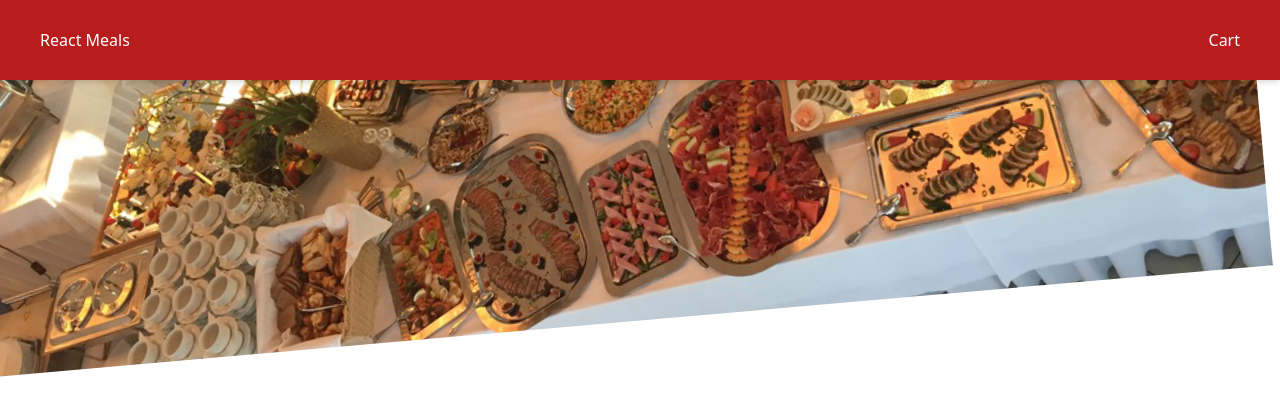
Repository: AidanHak/udemy-food-order-app
Page: /
The author's editor kept a copy of each file at every save. The page is drawn from the files as they stood at one save, then again after the next save.
The browser window is 1280 px wide. The pictures show the whole page.
The project was rebuilt for these pictures with package versions that can differ from the ones it lists, and the page was loaded fresh each time. Also part of the build but not shown: craco.config.js.

Above is the page before, as saved 2021-10-14 21:24:17.

After the next save:
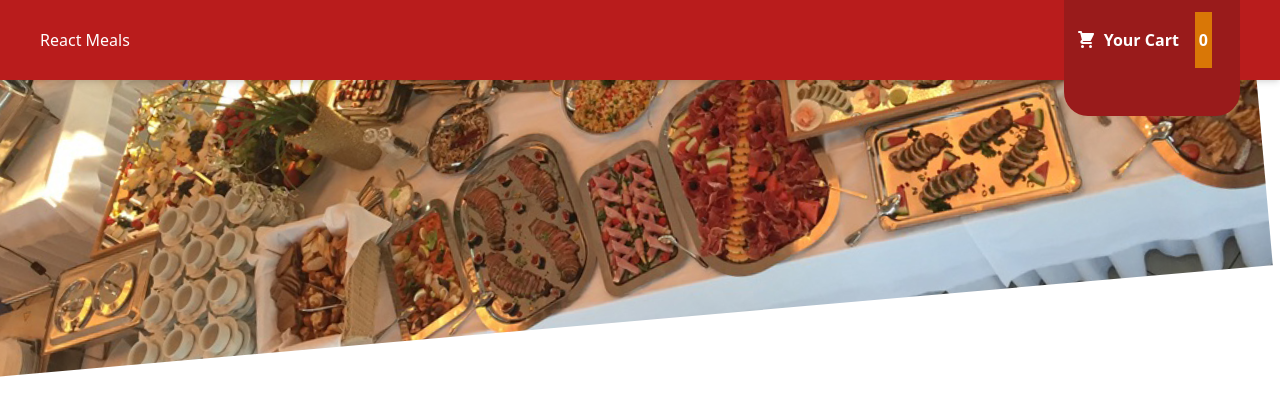
Saved 24 s later.
--- a/src/components/Layout/Header.js
+++ b/src/components/Layout/Header.js
@@ -1,12 +1,13 @@
 import React from 'react';
 import mealsImage from '../../assets/meals.jpg';
 import styles from './Header.module.css';
+import HeaderCartButton from './HeaderCartButton';
 
 const Header = (props) => {
 	return <>
 		<header className={styles.header}>
 			<h1>React Meals</h1>
-			<button>Cart</button>
+			<HeaderCartButton />
 		</header>
 		<div className={styles['main-image']}>
 			<img src={mealsImage} alt="A table full of delicious food!" />
